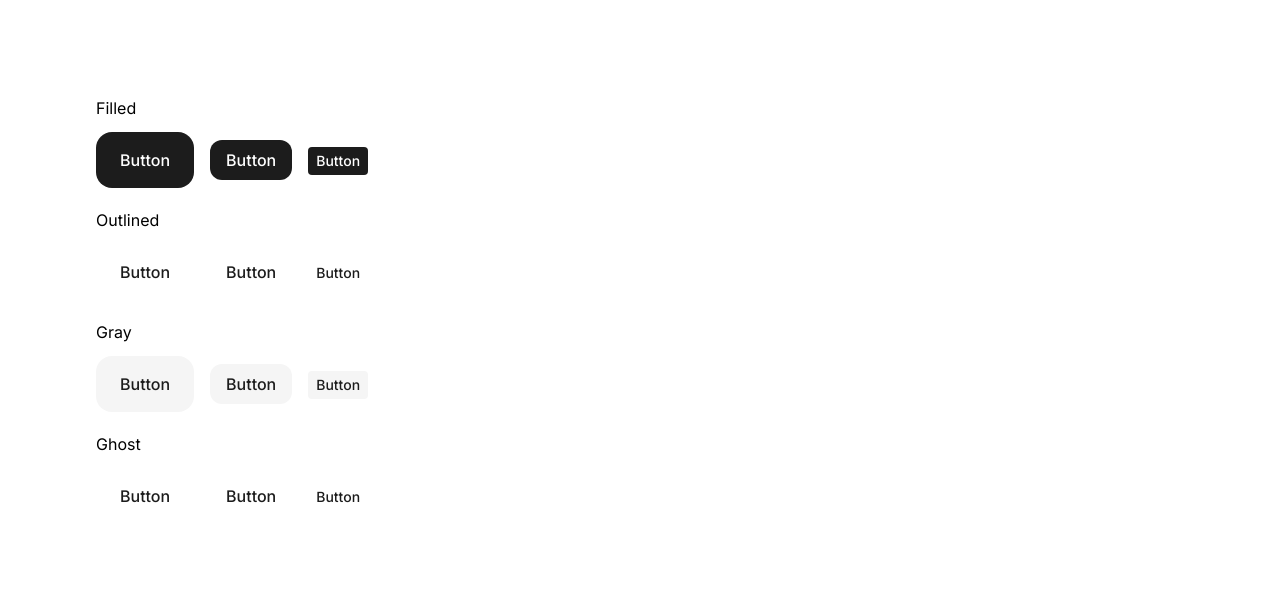
Repository: ggonzaga29/polarized-dashboard
Page: /
An editor plug-in stored every save of this project. The page is shown before and after the next save, followed by the edit.
The browser window is 1280 px wide. The pictures show the whole page.
The project was rebuilt for these pictures with package versions that can differ from the ones it lists, and the page was loaded fresh each time. The framework's server and built-in components were replaced by stand-ins that run in the browser. Also part of the build but not shown: next.config.js.

Above is the page before, as saved 2023-08-03 12:59:36.

After the next save:
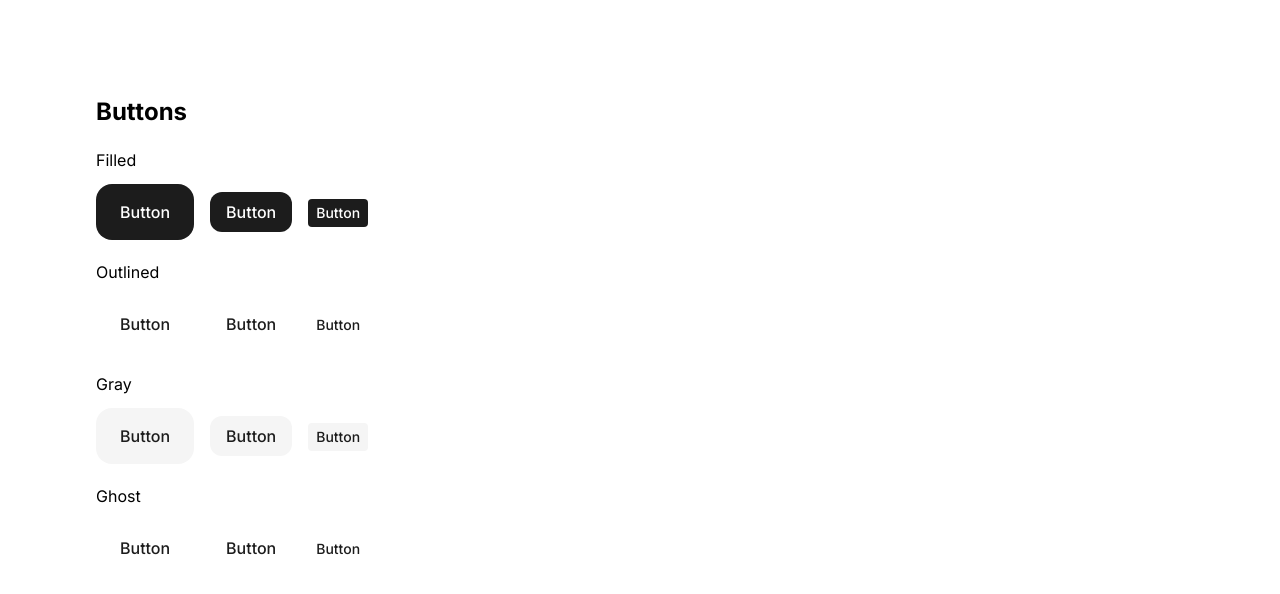
Saved 19 s later.
--- a/src/app/page.jsx
+++ b/src/app/page.jsx
@@ -4,6 +4,7 @@ import { Button } from '@/components/ui/button';
 export default function Home() {
   return (
     <main className="min-h-screen flex-col items-center justify-between p-24 space-y-5">
+			<h1 className='text-2xl font-bold'>Buttons</h1>
       <div>
         <h2>Filled</h2>
         <div className="space-x-4 mt-3">
